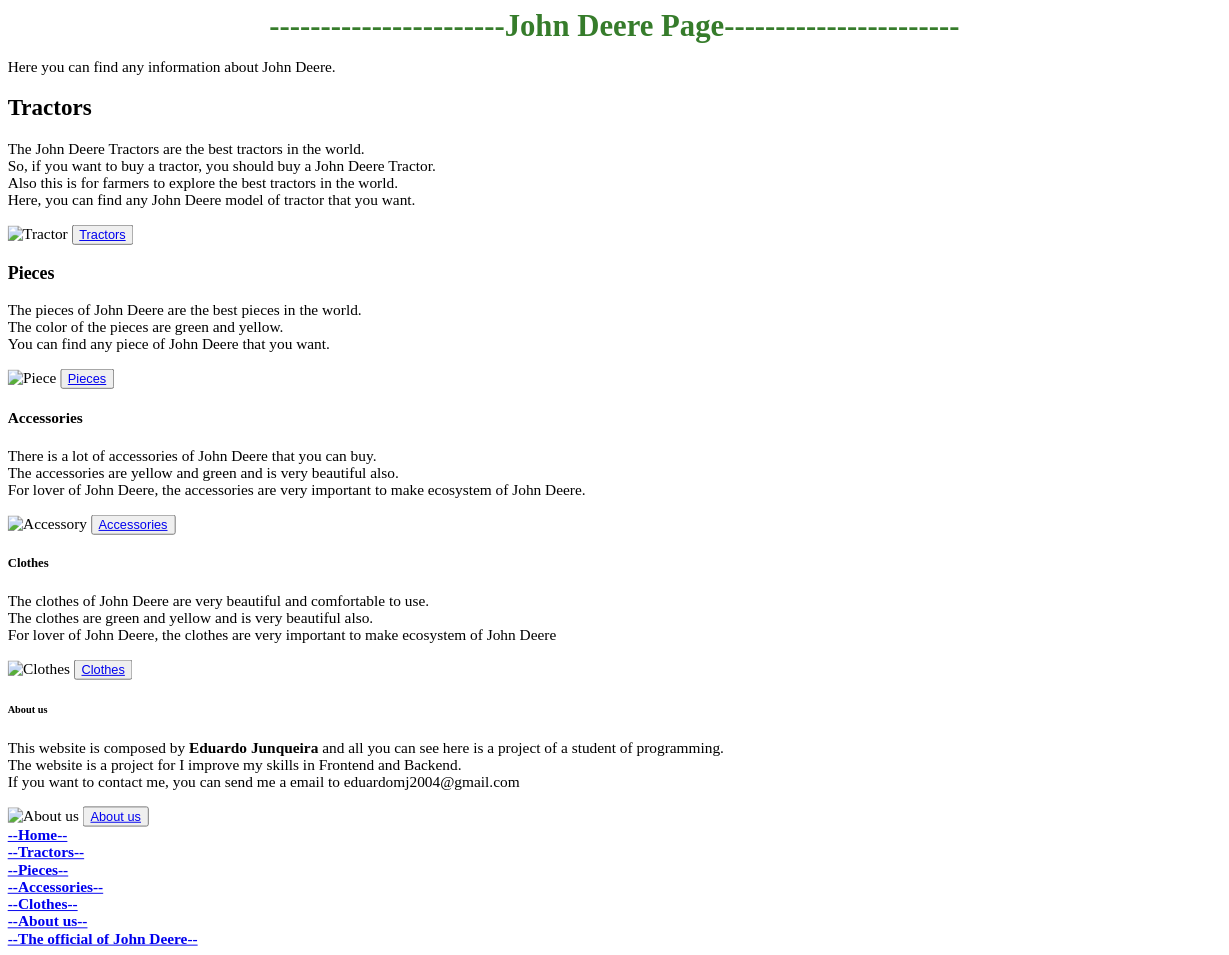
Repository: EduardoJunqueira2004/WEBJohnDeere
Page: HTML/index.html
An editor plug-in stored every save of this project. The page is shown before and after the next save, followed by the edit.
The browser window is 1280 px wide. The pictures show the whole page, at 96% of full size.

Above is the page before, as saved 2024-12-07 15:47:25.

### HTML/index.html
<!DOCTYPE html>
<!-- HTML5 default-->
<!--Language always in English-->
<html lang="en">
<head>
    <meta charset="UTF-8">
    <meta name="viewport" content="width=device-width, initial-scale=1.0">
    <!--Home Page of the WebSite-->
    <title>Index.html</title>
    <!--CSS file for styling the webpage -->
    <link rel="stylesheet" href="/CSS/index.css">
</head>
<body>
<main>
<section>
    <!--header1 titulo-->
    <h1>-----------------------<strong>John Deere Page</strong>-----------------------</h1>
    <p>
        Here you can find any information about John Deere.
    </p>
    <!--header2 subtitulo-->
</section>
<section>
    <h2><strong>Tractors</strong></h2>
    <p>
        The John Deere Tractors are the best tractors in the world.<br>
        So, if you want to buy a tractor, you should buy a John Deere Tractor.<br>
        Also this is for farmers to explore the best tractors in the world.<br>
        Here, you can find any John Deere  model of tractor that you want.
    </p>
    <img src="" alt="Tractor" width="50" height="50" >
    <button><a href="./tractors.html">Tractors</a></button>
</section>
<section>
    <!--header3 subtitulo-->
    <h3><strong>Pieces</strong></h3>
    <p>
        The pieces of John Deere are the best pieces in the world.<br>
        The color of the pieces are green and yellow.<br>
        You can find any piece of John Deere that you want.
    </p>
    <img src="" alt="Piece" width="50" height="50">
    <button><a href="./pieces.html">Pieces</a></button>
</section>
<section>
    <!--header4 subtitulo-->
    <h4><strong>Accessories</strong></h4>
    <p>
        There is a lot of accessories of John Deere that you can buy.<br>
        The accessories are yellow and green and is very beautiful also.<br>
        For lover of John Deere, the accessories are very important to make ecosystem of John Deere.
    </p>
    <img src="" alt="Accessory" width="50" height="50">
    <button><a href="./accessories.html">Accessories</a></button>
</section>
<section>
    <!--header5 subtitulo-->
    <h5><strong>Clothes</strong></h5>
    <p>
        The clothes of John Deere are very beautiful and comfortable to use.<br>
        The clothes are green and yellow and is very beautiful also.<br>
        For lover of John Deere, the clothes are very important to make ecosystem of John Deere
    </p>
    <img src="" alt="Clothes" width="50" height="50">
    <button><a href="./clothes.html">Clothes</a></button>
</section>
<section>
    <!--header6 subtitulo-->
    <h6><strong>About us</strong></h6>
    <p>
        This website is  composed by <strong>Eduardo Junqueira</strong> and all you can see here is a project of a student of programming.<br>
        The website is a project for I improve my skills in Frontend and Backend.<br>
        If you want to contact me, you can send me a email to eduardomj2004@gmail.com<br>
    </p>
    <img src="" alt="About us" width="50" height="50">
    <button><a href="./aboutus.html">About us</a></button>
</section>
</main>
    <!--Final of the page footer-->
    <footer>
        <div id="block1">
        <a href="./index.html"><strong>--Home--</strong></a>
        </div>
        <div id="block2">
        <a href="./tractors.html"><strong>--Tractors--</strong></a>
        </div>
        <div id="block3">
        <a href="./pieces.html"><strong>--Pieces--</strong></a>
        </div>
        <div id="block4">
        <a href="./accessories.html"><strong>--Accessories--</strong></a>
        </div>
        <div id="block5">
        <a href="./clothes.html"><strong>--Clothes--</strong></a>
        </div>
        <div id="block6">
        <a href="./aboutus.html"><strong>--About us--</strong></a>
        </div>
        <a href="./https://www.deere.com/en/"> <strong>--The official of John Deere--</strong></a>
    </footer>
</body>
</html>

### CSS/index.css
/* This file contains the CSS for the index.html file */
/*John Deere green and yellow */
/*header1*/
h1{
    color: #367C2B;
    font-size: 2em;
    font-weight: bold;
    text-align: center;
    margin-top: 0;
    margin-bottom: 0;

}
/*header2
h2{
    color: #367C2B;
    font-size: 1.5em;
    font-weight: bold;
    text-align: center;
    margin-top: 0;
    margin-bottom: 0;
}
//header3
h3{
    color: #367C2B;
    font-size: 1.2em;
    font-weight: bold;
    text-align: center;
    margin-top: 0;
    margin-bottom: 0;
}
//header4
h4{
    color: #367C2B;
    font-size: 1em;
    font-weight: bold;
    text-align: center;
    margin-top: 0;
    margin-bottom: 0;
}

After the next save:
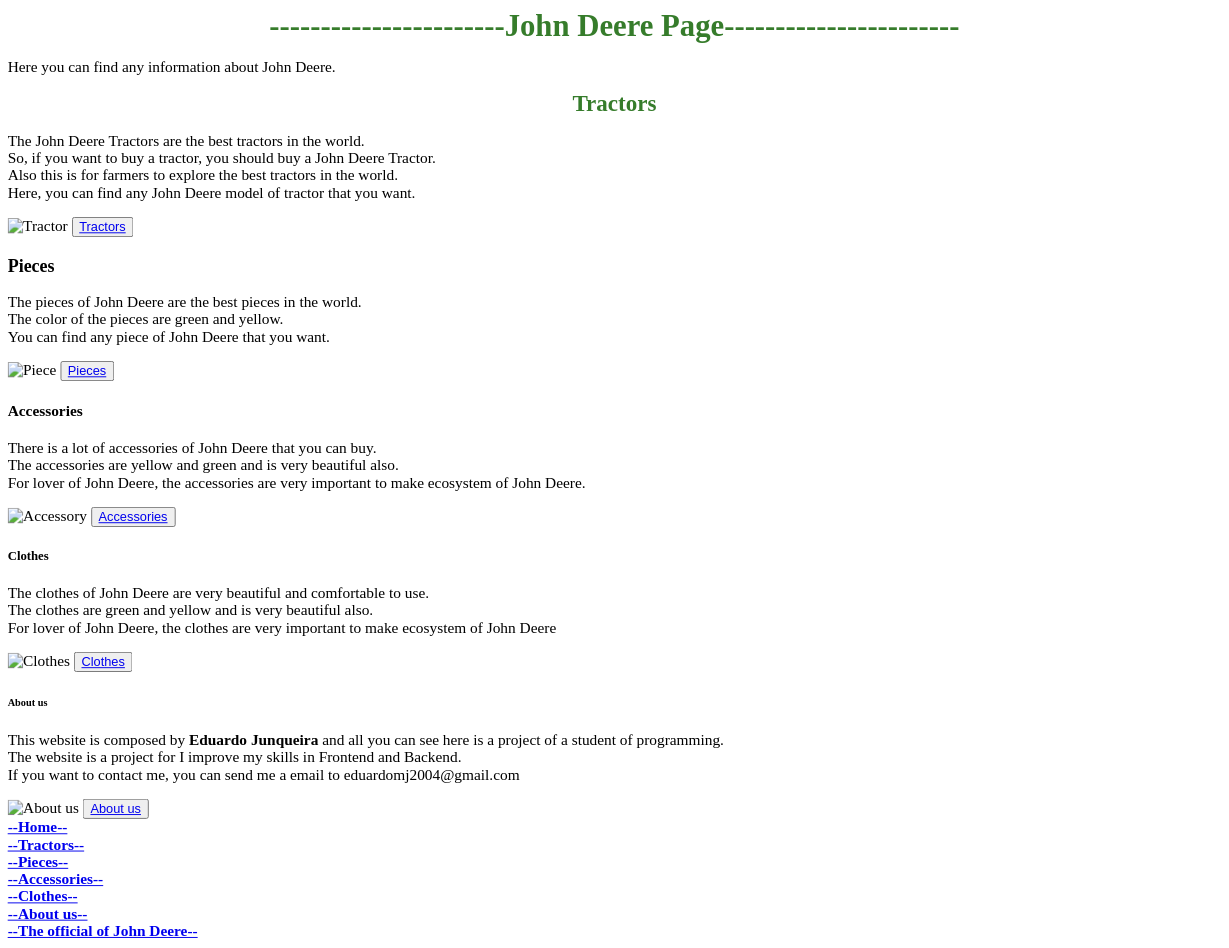
Saved 5 s later.
--- a/CSS/index.css
+++ b/CSS/index.css
@@ -10,7 +10,7 @@
     margin-bottom: 0;
 
 }
-/*header2
+/*header2*/
 h2{
     color: #367C2B;
     font-size: 1.5em;
@@ -19,7 +19,7 @@
     margin-top: 0;
     margin-bottom: 0;
 }
-//header3
+/*header3
 h3{
     color: #367C2B;
     font-size: 1.2em;
